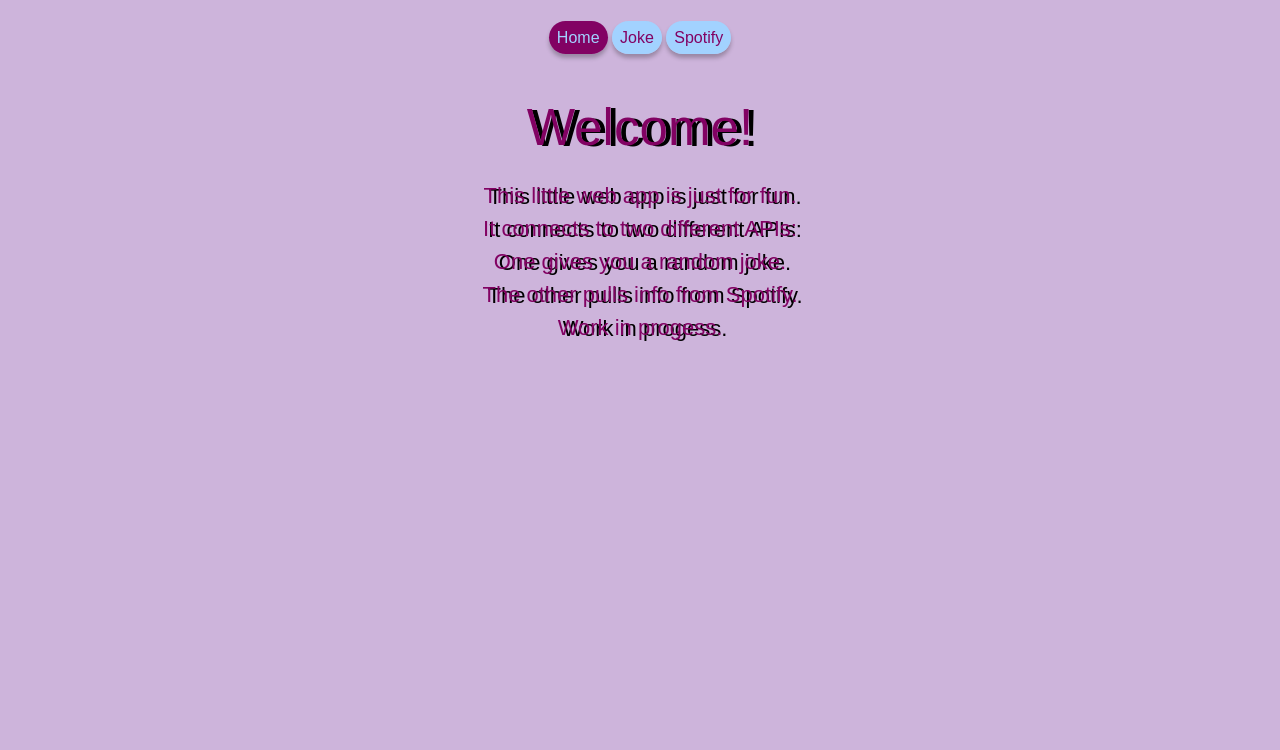
Repository: rosieomusic/spotify-react
Page: /
These files come from the project's save history. The page is drawn as it stood at one moment and after the next save; the edit follows.
The browser window is 1280 px wide. The pictures show the whole page.
The page's requests for data from a server got no answer. Some web fonts or font styles are not loaded; a fallback is used. The project was rebuilt for these pictures with package versions that can differ from the ones it lists, and the page was loaded fresh each time. No one was signed in, and anything a server would have sent is missing. Also part of the build but not shown: vite.config.js, src/services/SpotifyService.js, src/components/AlbumComponent.jsx, src/pages/SpotifyPage.jsx, src/services/JokeService.js, src/pages/JokePage.jsx.

Above is the page before, as saved 2025-05-23 00:04:46.

After the next save:
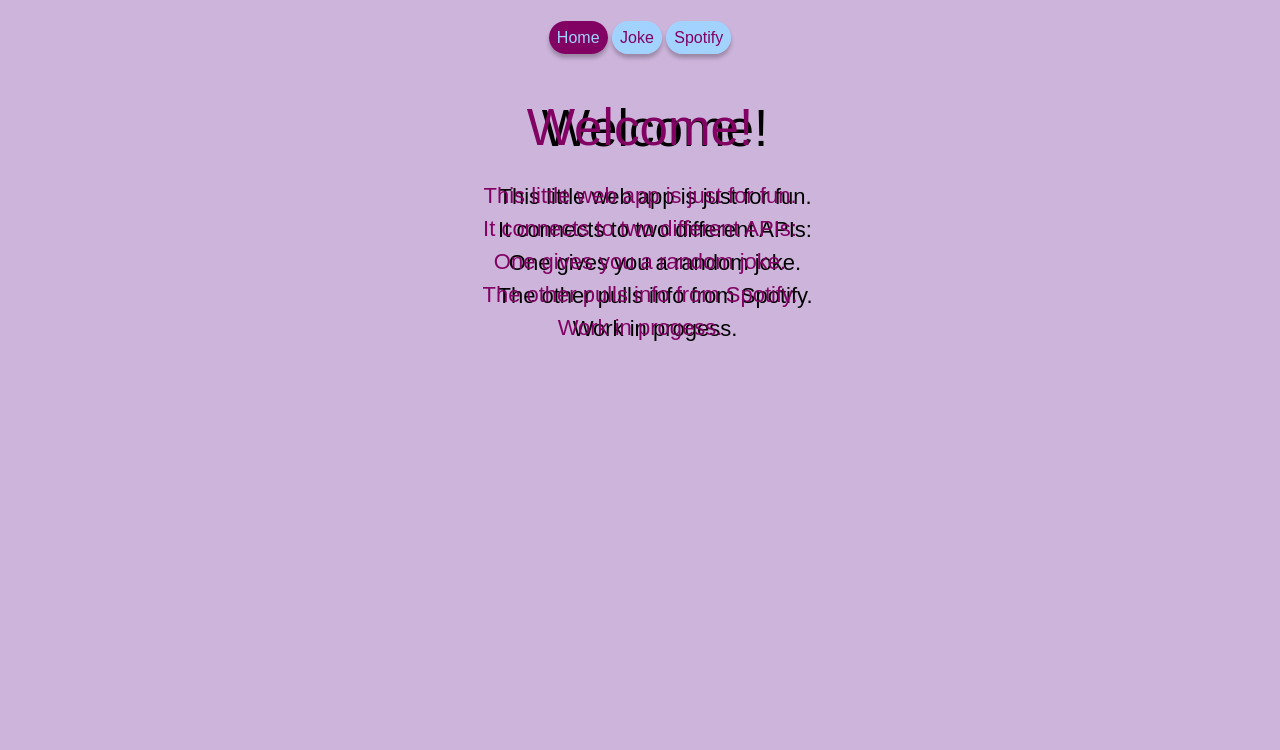
Saved 4 s later.
--- a/src/App.css
+++ b/src/App.css
@@ -96,7 +96,7 @@ p {
 	text-align: center;
 	align-self: center;
 	margin-bottom: 20px;
-	text-shadow: black 5px 1px;
+	text-shadow: black 15px 1px;
 }
 li {
 	list-style-type: none;
